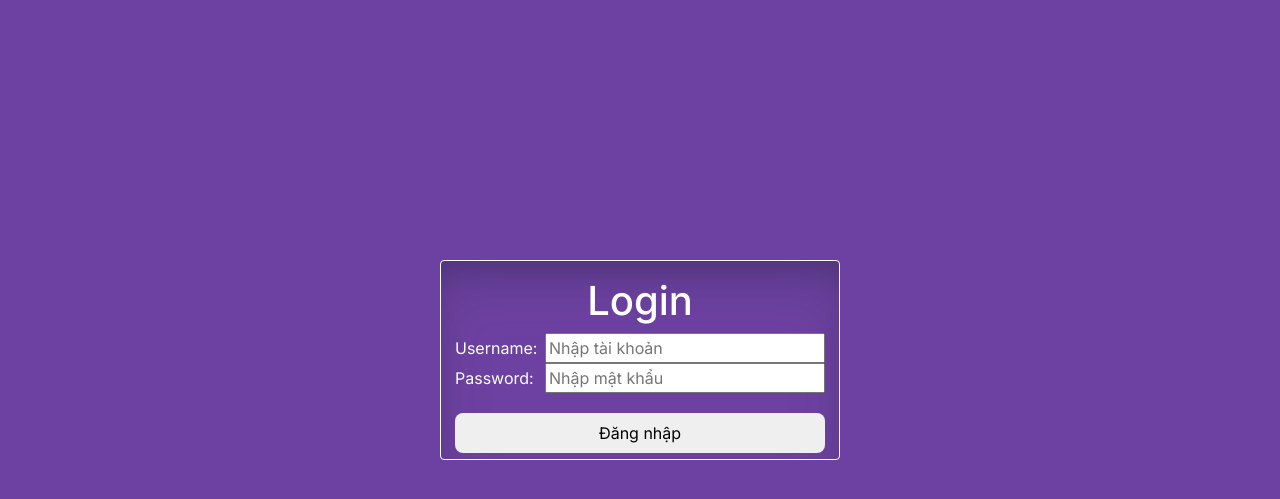
Repository: nghiakma/RFID-RFID-Attendance-System-using-ESP32-Nodejs-Reactjs-Nextjs-
Page: / (app in attendance/)
The author's editor kept a copy of each file at every save. The page is drawn from the files as they stood at one save, then again after the next save.
The browser window is 1280 px wide. The pictures show the whole page.
The page's requests for data from a server got no answer. The project was rebuilt for these pictures with package versions that can differ from the ones it lists, and the page was loaded fresh each time. The framework's server and built-in components were replaced by stand-ins that run in the browser. No one was signed in, and anything a server would have sent is missing. Also part of the build but not shown: attendance/next.config.js, attendance/src/styles/home-page.module.css, attendance/src/styles/tab-home.module.css, attendance/src/pages/api/convert-time.js, attendance/src/pages/api/networking.js, attendance/src/pages/tab-home.js, attendance/src/styles/tab-history.module.css, attendance/src/pages/tab-history.js and 6 more.

Above is the page before, as saved 2023-12-21 15:08:36.

### attendance/src/pages/index.js
import {useEffect, useState} from 'react';
import { Inter } from 'next/font/google';
import 'bootstrap/dist/css/bootstrap.min.css';
import HomePage from './home-page.js';
import Login from './login-page.js'
import { BrowserRouter as Router,Routes, Route } from 'react-router-dom'
const inter = Inter({ subsets: ['latin'] })

export default function Home() {
  const [loginSuccess, setLoginSucsess] = useState(false);
  const handleLogin = (isSuccess) => {
    setLoginSucsess(isSuccess);
  }
  useEffect(() => {
    import('bootstrap/dist/js/bootstrap.min.js');
  }, []);
  return (
    <main className={inter.className}>
      {/* <Router>
        <Routes>
          <Route path='/home' element={<HomePage />}/>
          <Route path='/login' element={<Login />}/>
        </Routes>
      </Router> */}
      {
        loginSuccess ? <HomePage/> : <Login/>
      }
    </main>
  )
}

### attendance/src/pages/login-page.js
import React from "react";
import styles from '../styles/login-page.module.css'
import { FontAwesomeIcon } from '@fortawesome/react-fontawesome'
const Login = () => {

    return (
        <div
            style={{
                backgroundColor: '#6d41a1', height: '100vh'
            }}
        >
            <div style={{
                width: '100%', height: '100%',
                display: 'flex', alignItems: 'center', justifyContent: 'center'
            }}>
                <div style={{
                    width: '400px', height: '200px', border: '1px solid white',
                    padding: '8px 14px', borderRadius: '4px', boxSizing: 'border-box',
                    boxShadow: 'rgba(50, 50, 93, 0.25) 0px 30px 60px -12px inset, rgba(0, 0, 0, 0.3) 0px 18px 36px -18px inset',

                }}>
                    <h1
                        style={{
                            textAlign: 'center', margin: '8px 0', color: 'white'
                        }}
                    >Login</h1>
                    <div style={{
                        color: 'white', display: 'flex', flexDirection: 'column',

                    }}>
                        <div style={{
                            display: 'flex', alignItems: 'center'
                        }}>
                            <label style={{width: '90px'}}>Username: </label>
                            <input style={{flex: '1'}} type="email" className="form-input" placeholder="Nhập tài khoản"/>
                        </div>
                        <div style={{
                            display: 'flex', alignItems: 'center'
                        }}>
                            <label style={{width: '90px'}}>Password: </label>
                            <input style={{flex: '1' }} type="password" className="form-input" placeholder="Nhập mật khẩu"/>
                        </div>
                        <div style={{display: 'flex', height: '60px'}}>
                            <button style={{
                                width: '100%', border: 'none', padding: '8px 10px',
                                marginTop: 'auto', borderRadius: '8px'
                            }}>
                                Đăng nhập
                            </button>
                        </div>
                    </div>
                </div>
            </div>
        </div>
    )
}

export default Login

After the next save:
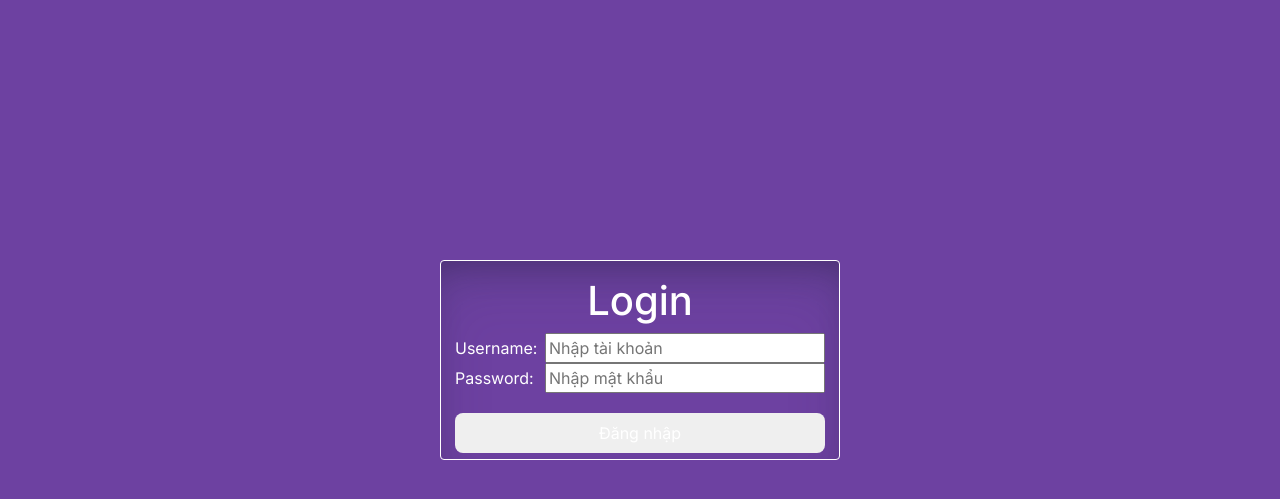
Saved 20 s later.
--- a/attendance/src/pages/login-page.js
+++ b/attendance/src/pages/login-page.js
@@ -43,7 +43,8 @@ const Login = () => {
                         <div style={{display: 'flex', height: '60px'}}>
                             <button style={{
                                 width: '100%', border: 'none', padding: '8px 10px',
-                                marginTop: 'auto', borderRadius: '8px'
+                                marginTop: 'auto', borderRadius: '8px', color: 'white',
+
                             }}>
                                 Đăng nhập
                             </button>
